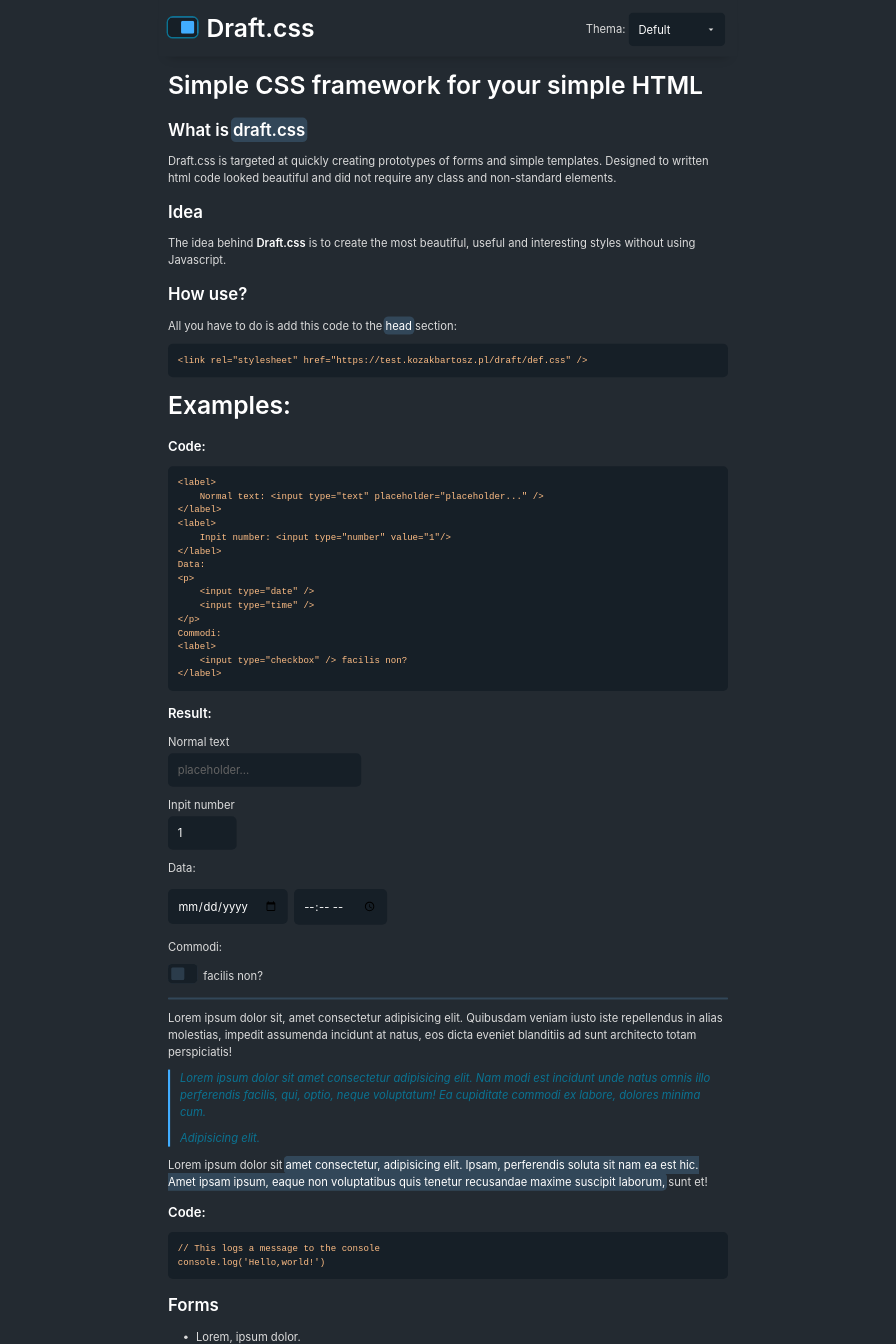
Repository: KozakBartosz/Draft
Page: index.html
An editor plug-in stored every save of this project. The page is shown before and after the next save, followed by the edit.
The browser window is 1280 px wide. The pictures show the part of the page from y = 0 to 1920 px (the page is 6247 px tall), at 70% of full size.

Above is the page before, as saved 2019-04-12 13:55:09.

### index.html
<!DOCTYPE html>
<html lang="en">
	<head>
		<meta charset="UTF-8" />
		<meta name="viewport" content="width=device-width, initial-scale=1.0" />
		<meta http-equiv="X-UA-Compatible" content="ie=edge" />
		<title>Draft.css</title>
		<link rel="stylesheet" href="draft.css" />
	</head>
	<body style="--sticky: calc(var(--mainpaddng) * 2 + 52px);">
		<header>
			<div style="float: right">
				Thema:
				<select name="" id="changethema">
					<option value="0">Defult</option>
					<option value="1">Defult mini</option>
					<option value="2">Light</option>
					<option value="3">Blood</option>
					<option value="4">Matrix</option>
				</select>
			</div>
			<h1 style="margin-bottom: 0">
				<input type="checkbox" checked="checked" /> Draft.css
			</h1>
		</header>
		<h1>Simple CSS framework for your simple HTML</h1>
		<h2>What is <mark>draft.css</mark></h2>
		<p>
			Draft.css is targeted at quickly creating prototypes of forms and
			simple templates. Designed to written html code looked beautiful and
			did not require any class and non-standard elements.
		</p>

		<h2>Idea</h2>
		<p>
			The idea behind <strong>Draft.css</strong> is to create the most
			beautiful, useful and interesting styles without using Javascript.
		</p>
		<h2>How use?</h2>
		<p>
			All you have to do is add this code to the
			<mark>head</mark> section:
		</p>

		<pre><code>&lt;link rel="stylesheet" href="https://test.kozakbartosz.pl/draft/def.css" /&gt;</code></pre>

		<h1>Examples:</h1>

		<h3>Code:</h3>

		<pre><code>&lt;label&gt;<br />&nbsp; &nbsp; Normal text: &lt;input type="text" placeholder="placeholder..." /&gt;<br />&lt;/label&gt;<br />&lt;label&gt;<br />&nbsp; &nbsp; Inpit number: &lt;input type="number" value="1"/&gt;<br />&lt;/label&gt;<br />Data:<br />&lt;p&gt;<br />&nbsp; &nbsp; &lt;input type="date" /&gt;<br />&nbsp; &nbsp; &lt;input type="time" /&gt;<br />&lt;/p&gt;<br />Commodi:<br />&lt;label&gt;<br />&nbsp; &nbsp; &lt;input type="checkbox" /&gt; facilis non?<br />&lt;/label&gt;</code></pre>
		<h3>Result:</h3>
		<label>
			Normal text
			<input type="text" placeholder="placeholder..." />
		</label>
		<label>
			Inpit number
			<input type="number" value="1" />
		</label>
		Data:
		<p>
			<input type="date" />
			<input type="time" />
		</p>
		Commodi:
		<label> <input type="checkbox" /> facilis non? </label>

		<hr />

		<p>
			Lorem ipsum dolor sit, amet consectetur adipisicing elit. Quibusdam
			veniam iusto iste repellendus in alias molestias, impedit assumenda
			incidunt at natus, eos dicta eveniet blanditiis ad sunt architecto
			totam perspiciatis!
		</p>

		<cite>
			<p>
				Lorem ipsum dolor sit amet consectetur adipisicing elit. Nam
				modi est incidunt unde natus omnis illo perferendis facilis,
				qui, optio, neque voluptatum! Ea cupiditate commodi ex labore,
				dolores minima cum.
			</p>
			<p>Adipisicing elit.</p>
		</cite>

		<p>
			Lorem ipsum dolor sit
			<mark
				>amet consectetur, adipisicing elit. Ipsam, perferendis soluta
				sit nam ea est hic. Amet ipsam ipsum, eaque non voluptatibus
				quis tenetur recusandae maxime suscipit laborum,</mark
			>
			sunt et!
		</p>

		<h3>Code:</h3>
		<pre><code>// This logs a message to the console<br />console.log('Hello,world!')</code></pre>

		<h2>Forms</h2>

		<ul>
			<li>Lorem, ipsum dolor.</li>
			<li>Commodi, aut ipsa.</li>
			<li>Dignissimos, quibusdam nobis?</li>
			<li>Quae, in praesentium.</li>
			<li>Aut, facilis non?</li>
		</ul>
		<ol>
			<li>Lorem, ipsum dolor.</li>
			<li>Commodi, aut ipsa.</li>
			<li>Dignissimos, quibusdam nobis?</li>
			<li>Quae, in praesentium.</li>
			<li>Aut, facilis non?</li>
		</ol>
		<textarea
			name="about"
			id="about"
			placeholder="I am a textarea..."
			rows="6"
		></textarea>
		<h2>Lorem ipsum dolor sit amet.</h2>
		<label>
			Normal text
			<input type="text" />
		</label>
		<label>
			Inpit number <input type="number" / value="1">
		</label>
		Date:
		<p>
			<input type="date" />
			<input type="time" />
		</p>
		<label>
			Nazwa:
			<select name="" id="">
				<option value="">Wybierz</option>
				<option value="">Fuga aut vero</option>
				<option value="">veritatis accusamus</option>
				<option value="">quam</option>
			</select>
		</label>
		<label>
			Nazwa:
			<select name="" id="" multiple>
				<option value="">consectetur adipisicing</option>
				<option value="">Nemo nihil unde</option>
				<option value="">animi mollitia</option>
				<option value="">dolor sit amet</option>
			</select>
		</label>

		<h2>Simple table</h2>

		<table>
			<tr>
				<th>lorem</th>
				<th>lorem</th>
				<th>lorem</th>
			</tr>
			<tr>
				<td>lorem</td>
				<td>lorem</td>
				<td>lorem</td>
			</tr>
			<tr>
				<td>lorem</td>
				<td>lorem</td>
				<td>lorem</td>
			</tr>
		</table>

		<h2>Adv table</h2>
		<p>
			When we added the <code>&lt;thead&gt;</code> and
			<code>&lt;tbody&gt;</code> table has
			<code>table-layout: fixed</code> and
			<code>position: sticky</code> for thead
		</p>

		<table>
			<thead>
				<tr>
					<th width="5%">#</th>
					<th>Kod</th>
					<th>Nazwa</th>
					<th>Opis</th>
					<th width="120px"></th>
				</tr>
			</thead>
			<tbody>
				<tr>
					<td width="5%">1</td>
					<td><code>EDG-651</code></td>
					<td>Lorem ipsum dolor</td>
					<td>
						Lorem ipsum dolor sit amet, consectetur adipisicing
						elitdolor sitamet
					</td>
					<td width="120px" style="text-align: right;">
						<input type="checkbox" />
					</td>
				</tr>
				<tr>
					<td width="5%">2</td>
					<td><code>EDG-652</code></td>
					<td>Lorem ipsum dolor</td>
					<td>
						Lorem ipsum dolor sit amet, consectetur adipisicing
						elitdolor sitamet
					</td>
					<td width="120px" style="text-align: right;">
						<input type="checkbox" />
					</td>
				</tr>
				<tr>
					<td width="5%">3</td>
					<td><code>EDX-652*</code></td>
					<td>Lorem ipsum dolor</td>
					<td>
						Lorem ipsum dolor sit amet, consectetur adipisicing
						elitdolor sitamet
					</td>
					<td width="120px" style="text-align: right;">
						<input type="checkbox" />
					</td>
				</tr>
				<tr>
					<td width="5%">5</td>
					<td><code>EDD-655</code></td>
					<td>Lorem ipsum dolor</td>
					<td>
						Lorem ipsum dolor sit amet, consectetur adipisicing
						elitdolor sitamet
					</td>
					<td width="120px" style="text-align: right;">
						<input type="checkbox" />
					</td>
				</tr>
			</tbody>
			<tfoot>
				<tr>
					<td colspan="4">Lorem ipsum doreta: <b>3</b></td>
					<td width="120px"><button>Remove</button></td>
				</tr>
			</tfoot>
		</table>

		<h3>Checkbox</h3>
		<label> <input type="checkbox" /> Ale ma kota </label>

		<label> <input type="checkbox" /> Ale ma kota2 </label>

		<label> <input type="checkbox" /> Ale ma kota3 </label>

		<h3>Radio</h3>
		<label> <input type="radio" name="radio" /> Ale ma kota </label>
		<label> <input type="radio" name="radio" /> Ale ma kota2 </label>
		<label> <input type="radio" name="radio" /> Ale ma kota3 </label>

		<hr />

		<h2>Search</h2>

		<fieldset class="search">
			<legend>Szukaj</legend>
			<form action="produkty,szukaj" method="get">
				<input
					type="text"
					name="q"
					placeholder="Wpisz czego szukasz..."
				/>
				<button>Szukaj</button>
			</form>
		</fieldset>

		<h2>Change button color by html</h2>

		<h2>Code</h2>
		<pre><code>&lt;button&gt;Exit&lt;/button&gt;<br>&lt;button style="--button: #7e1616; --buttonhover: #b40d0d;"&gt;
	Ok<br>&lt;/button&gt;</code></pre>

		<h3>result</h3>
		<button>Exit</button>
		<button style="--button: #7e1616; --buttonhover: #b40d0d;">
			Ok
		</button>

		<h2>Details</h2>

		<details>
			<summary>Szczypta detali</summary>
			<p>Informacje szczegółowe na dany temat.</p>
		</details>

		<details open>
			<summary>Jeszcze wiecej szczegółów</summary>
			<p>Tu jest jeszcze wiecej informacji szczegółowych</p>
		</details>

		<details>
			<summary>Jeszcze wiecej szczegółów</summary>
			<p>
				Lorem ipsum dolor sit amet consectetur adipisicing elit. Minima
				fugiat explicabo assumenda ducimus nobis aliquid esse, ad ab
				sapiente officiis repellat et, nisi atque itaque autem ut
				architecto tempore consequatur.
			</p>
		</details>

		<h2>Real Form</h2>

		<details>
			<summary>Jeszcze wiecej szczegółów</summary>
			<p>
				Lorem ipsum dolor sit amet consectetur adipisicing elit. Minima
				fugiat explicabo assumenda ducimus nobis aliquid esse, ad ab
				sapiente officiis repellat et, nisi atque itaque autem ut
				architecto tempore consequatur.
			</p>
		</details>

		<form>
			<label for="email">Email</label>
			<input
				type="email"
				name="email"
				required=""
				id="email"
				value=""
				placeholder="john.doe@gmail.com"
			/>
			<label for="text">Text</label>
			<input
				type="text"
				name="email"
				required=""
				id="text"
				value=""
				placeholder="john.doe@gmail.com"
			/>

			<label for="id">User id (read only)</label>
			<input readonly="" name="id" id="id" value="04D6H89Z" />

			<label for="disabled">Random disabled input</label>
			<input
				disabled=""
				name="disabled"
				id="disabled"
				placeholder="Because why not?"
			/>

			<label for="about">About me</label>

			<input type="checkbox" name="remember" id="remember" checked="" />
			<label for="remember">Remember me</label>

			<input type="submit" />
		</form>

		<p>
			<strong>Lorem ipsum</strong> dolor sit,
			<a href="">amet consectetur adipisicing</a> elit.
			<i>Hic nobis</i> atque eligendi voluptatum doloribus rem praesentium
			veniam quo delectus explicabo, architecto ipsam ipsa unde vitae
			excepturi iusto nesciunt placeat ducimus.
		</p>
		<p>
			Lorem ipsum dolor sit amet consectetur adipisicing elit. Enim saepe
			quisquam delectus accusantium nam recusandae obcaecati ullam, non
			neque <a href="">commodi modi tempore </a>magni magnam. Tenetur
			officiis mollitia facere libero sint.
		</p>
		<h4>Lorem ipsum dolor sit amet.</h4>
		<p>
			Lorem ipsum dolor, sit amet consectetur adipisicing elit. Possimus,
			vero quibusdam. Rerum libero nihil aspernatur, ipsam vel voluptatem
			inventore quasi. Odit, sapiente? Delectus beatae laudantium sapiente
			cupiditate et libero? Corrupti.
		</p>

		<button>Send</button>
		<script>
			var themes = [
				[
					{ brand: "#41adff" },
					{ mainbg: "#232a31" },
					{ mainpaddng: "14px" },
					{ radius: "7px" },

					{ low: "#161f27" },
					{ like: "#2b3c4b" },
					{ midi: "#324759" },
					{ hight: "#0b7392" },

					{ text: "#dbdbdb" },
					{ textContrast: "#fff" },

					{ code: "#ffbe85" },

					{ button: "#2b3c4a" },
					{ buttonhover: "#334a5e" },
					{ buttontext: "#fff" },

					{ fillhover: "#1b2731" }
				],
				[
					{ brand: "#41adff" },
					{ mainbg: "#232a31" },
					{ mainpaddng: "12px" },
					{ radius: "12px" },

					{ low: "#161f27" },
					{ like: "#2b3c4b" },
					{ midi: "#324759" },
					{ hight: "#0b7392" },

					{ text: "#dbdbdb" },
					{ textContrast: "#fff" },

					{ code: "#ffbe85" },

					{ button: "#2b3c4a" },
					{ buttonhover: "#334a5e" },
					{ buttontext: "#fff" },

					{ fillhover: "#1b2731" }
				],
				[
					{ brand: "#41adff" },
					{ mainbg: "#ffffff" },
					{ mainpaddng: "14px" },
					{ radius: "7px" },

					{ low: "#e8f1fa" },
					{ like: "#cfe2f7" },
					{ midi: "#b2cee7" },
					{ hight: "#1db5e4" },

					{ text: "#3f4646" },
					{ textContrast: "#1a1f1f" },

					{ code: "#20595f" },

					{ button: "#3dcca1" },
					{ buttonhover: "#34e0ad" },
					{ buttontext: "#fff" },

					{ fillhover: "#e8f5ff" }
				],
				[
					{ mainpaddng: "18px" },
					{ radius: "3px" },
					{ brand: "#c21a1a" },
					{ mainbg: "#312323" },

					{ code: "#ffbe85" },

					{ text: "#dbdbdb" },
					{ textContrast: "#fff" },

					{ button: "#4a2b2b" },
					{ buttonhover: "#5e3333" },
					{ buttontext: "#fff" },

					{ fillhover: "#311b1b" },

					{ low: "#271616" },
					{ like: "#4b2b2b" },
					{ midi: "#593232" },
					{ hight: "#800f0f" }
				],
				[
					{ mainpaddng: "11px" },
					{ radius: "13px" },
					{ brand: "#1ac260" },
					{ mainbg: "#233126" },

					{ code: "#c0ff85" },

					{ text: "#dbdbdb" },
					{ textContrast: "#fff" },

					{ button: "#324a2b" },
					{ buttonhover: "#385e33" },
					{ buttontext: "#fff" },

					{ fillhover: "#1b3122" },

					{ low: "#162717" },
					{ like: "#2b4b2e" },
					{ midi: "#32593f" },
					{ hight: "#0f803a" }
				]
			];

			let changethema = document.getElementById("changethema");
			let root = document.documentElement;
			changethema.addEventListener("change", e => {
				console.log(e);
				var theme = themes[e.target.value];
				theme.forEach(element => {
					var k = Object.keys(element)[0];
					root.style.setProperty("--" + k, element[k]);
				});
			});
		</script>
	</body>
</html>

### draft.css
/* TO DO */
/* <details> */
:root {
	--brand: #41adff;
	--mainbg: #232a31;
	--mainpaddng: 14px;
	--radius: 7px;

	--low: #161f27;
	--like: #2b3c4b;
	--midi: #324759;
	--hight: #0b7392;

	--text: #dbdbdb;
	--textContrast: #fff;

	--code: #ffbe85;

	--button: #2b3c4a;
	--buttonhover: #334a5e;
	--buttontext: #fff;

	--fillhover: #1b2731;

	--sticky: 0px;
}
/*
:root {
	--brand: #41adff;
	--mainbg: #ffffff;
	--mainpaddng: 14px;
	--radius: 7px;

	--low: #e8f1fa;
	--like: #cfe2f7;
	--midi: #b2cee7;
	--hight: #1db5e4;

	--text: #3f4646;
	--textContrast: #1a1f1f;

	--code: #20595f;

	--button: #3dcca1;
	--buttonhover: #34e0ad;
	--buttontext: #fff;

	--fillhover: #e8f5ff;
} */

/* :root {
	--mainpaddng: 18px;
	--radius: 3px;
	--brand: #c21a1a;
	--mainbg: #312323;

	--code: #ffbe85;

	--text: #dbdbdb;
	--textContrast: #fff;

	--button: #4a2b2b;
	--buttonhover: #5e3333;
	--buttontext: #fff;

	--fillhover: #311b1b;

	--low: #271616;
	--like: #4b2b2b;
	--midi: #593232;
	--hight: #800f0f;
} */

/* :root {
	--mainpaddng: 11px;
	--radius: 13px;
	--brand: #1ac260;
	--mainbg: #233126;

	--code: #c0ff85;

	--text: #dbdbdb;
	--textContrast: #fff;

	--button: #324a2b;
	--buttonhover: #385e33;
	--buttontext: #fff;

	--fillhover: #1b3122;

	--low: #162717;
	--like: #2b4b2e;
	--midi: #32593f;
	--hight: #0f803a;
} */
body {
	font-family: -apple-system, BlinkMacSystemFont, "Segoe UI", "Roboto",
		"Oxygen", "Ubuntu", "Cantarell", "Fira Sans", "Droid Sans",
		"Helvetica Neue", sans-serif;
	line-height: 1.5;
	max-width: 800px;
	margin: 0px auto var(--mainpaddng);
	padding: 0 var(--mainpaddng);
	color: var(--text);
	background: var(--mainbg);
	text-rendering: optimizeLegibility;
}

label {
	display: block;
}
a,
a:active,
button,
button:active,
input,
input:active,
textarea,
details,
summary,
th,
td {
	outline: none;
	box-shadow: none;
	transition: background-color 0.2s ease, box-shadow 0.2s ease,
		transform 0.2s ease;
}
h1 {
	font-size: 2.2em;
	margin-top: 0;
}
h1,
h2,
h3,
h4,
h5,
h6 {
	margin-bottom: 12px;
}
h1,
h2,
h3,
h4,
h5,
h6,
strong {
	color: var(--textContrast);
	font-weight: 600;
}
button,
input[type="submit"],
input[type="button"],
input[type="checkbox"],
input[type="radio"] {
	cursor: pointer;
	display: inline-block;
}

input,
select,
button,
textarea {
	/* display: block; */
	color: var(--textContrast);
	background-color: var(--low);
	font-family: inherit;
	font-size: inherit;
	margin: 4px 4px 6px 0;
	padding: var(--mainpaddng);
	border: none;
	border-radius: var(--radius);
	outline: none;
	-webkit-appearance: none;
	vertical-align: middle;
}
input[type="number"] {
	max-width: calc(var(--mainpaddng) * 5);
}

button:hover,
input:hover,
select:hover,
textarea:hover,
textarea:hover {
	background-color: var(--fillhover);
}

label > input,
label > select {
	display: block;
}

textarea {
	margin-right: 0;
	width: 100%;
	box-sizing: border-box;
	resize: vertical;
}
button,
input[type="submit"],
input[type="button"] {
	color: var(--buttontext);
	background-color: var(--button);
	padding: var(--mainpaddng) calc(var(--mainpaddng) * 2);
}

select:not([multiple]) {
	padding-right: calc(var(--mainpaddng) * 3);
	background: var(--low)
		url("data:[embedded picture, 198 characters]")
		100% 50%/27px 7px no-repeat;
}

/* input:not([value=""]):invalid,
select:not([value=""]):invalid,
textarea:not([value=""]):invalid {
	box-shadow: 0 0 0 2px darkred;
} */

input:focus,
select:focus,
button:focus,
textarea:focus {
	background-color: var(--fillhover);
	box-shadow: 0 0 0 2px var(--hight);
}

button:focus,
input[type="submit"]:focus,
input[type="button"]:focus {
	background-color: var(--buttonhover);
}

button:hover,
input[type="submit"]:hover,
input[type="button"]:hover {
	background-color: var(--buttonhover);
	box-shadow: 0 5px 20px -5px rgba(0, 0, 0, 0.35), 0 3px 0 0 var(--button);
	transform: translateY(-3px);
}
button:active,
input[type="submit"]:active,
input[type="button"]:active {
	transform: translateY(0px);
	box-shadow: 0 5px 20px -5px rgba(0, 0, 0, 0.35);
}

input:disabled {
	cursor: not-allowed;
	opacity: 0.5;
}

input[type="radio"],
input[type="checkbox"] {
	margin-top: -2px;
	transition: background-color 0.25s ease,
		box-shadow 0.25s cubic-bezier(0.53, 1.59, 0.51, 1);
}
input[type="checkbox"] {
	background-color: var(--like);
	width: calc(var(--mainpaddng) * 3);
	box-shadow: calc(var(--mainpaddng) * -1) 0 0 calc(var(--mainpaddng) / 3)
			var(--low) inset,
		0 0 0 calc(var(--mainpaddng) / 3) var(--low) inset;
}
input[type="checkbox"]:hover,
input[type="radio"]:hover {
	background-color: var(--midi);
}
input[type="checkbox"]:focus {
	box-shadow: calc(var(--mainpaddng) * -1) 0 0 calc(var(--mainpaddng) / 3)
			var(--low) inset,
		0 0 0 calc(var(--mainpaddng) / 3) var(--low) inset,
		0 0 0 2px var(--hight);
}

input[type="radio"] {
	border-radius: 100%;
	box-shadow: 0 0 0 calc(var(--mainpaddng) / 2) var(--low) inset;
}
input[type="checkbox"]:checked,
input[type="radio"]:checked {
	box-shadow: 0 0 0 calc(var(--mainpaddng) / 3) var(--low) inset,
		0 0 0 2px var(--hight), 0 0 0 1px var(--low);
	background-color: var(--brand);
}

input[type="checkbox"]:checked {
	box-shadow: var(--mainpaddng) 0 0 calc(var(--mainpaddng) / 3) var(--low)
			inset,
		0 0 0 calc(var(--mainpaddng) / 3) var(--low) inset,
		0 0 0 2px var(--hight);
}

::placeholder {
	color: #636363;
}
a {
	text-decoration: none;
	color: var(--hight);
}
a:hover {
	text-decoration: underline;
	color: var(--brand);
}

mark {
	background: linear-gradient(var(--brand), var(--brand)) 50% 100%/100% 40%
		no-repeat;
	background: var(--midi);
	padding: 3px;
	margin: -3px;
	/* text-shadow: 1px 1px 1px var(--mainbg), -1px 1px 1px var(--mainbg),
		0px 1px 1px var(--mainbg); */
	color: var(--textContrast);
	border-radius: var(--radius);
}

ul,
ol,
label,
code,
p {
	margin: var(--mainpaddng) 0;
}

code,
kbd {
	background: var(--low);
	color: var(--code);
	padding: 4px;
	border-radius: var(--radius);
}

cite,
q {
	display: block;
	margin: var(--mainpaddng) 0;
	color: var(--hight);
	/* border-radius: var(--radius); */
	padding: 0 var(--mainpaddng);
	border-left: 3px solid var(--brand);
}

/* pre {
	margin: 0 calc(var(--mainpaddng) * -1);
} */
pre > code {
	display: block;
	overflow-x: auto;
	padding: var(--mainpaddng);
}
img {
	max-width: 100%;
}
hr {
	margin: var(--mainpaddng) 0;
	border: none;
	height: 3px;
	border-radius: calc(var(--radius) / 6);
	background: var(--midi);
}
fieldset {
	border: 3px solid var(--midi);
	border-radius: var(--radius);
}
fieldset > legend {
	font-weight: 600;
	color: var(--textContrast);
	padding: calc(var(--mainpaddng) / 2) calc(var(--mainpaddng));
}

details {
	padding: var(--mainpaddng);
	border-radius: var(--radius);
	padding-bottom: calc(var(--mainpaddng) + var(--radius));
	background: var(--low);
}

details:last-of-type {
	padding-bottom: var(--mainpaddng);
}

details + details {
	margin-top: calc(var(--radius) * -1);
	border-top: 1px solid var(--mainbg);
	border-radius: 0 0 var(--radius) var(--radius);
}

details[open],
details:hover:not([open]) {
	background: var(--like);
	z-index: 1;
}
details summary {
	cursor: pointer;
	margin: calc(var(--mainpaddng) * -1);
	padding: var(--mainpaddng);
}

table {
	/* display: block; */
	/* overflow-x: auto; */
	/* border-collapse: collapse; */
	margin: var(--mainpaddng) -1px;
	width: calc(100% + 2px);
	border-spacing: 1px;
	position: relative;
}
tbody,
tfoot,
thead {
	border-radius: calc(var(--radius) + 2px);
	overflow: hidden;
	background: var(--mainbg);
	table-layout: fixed;
	position: relative;
	z-index: 0;
	display: table;
	width: calc(100% + 2px);
}

header,
thead {
	background: var(--mainbg);
	position: sticky;
	top: var(--sticky);
	z-index: 5;
	box-shadow: 0px 12px 15px -15px rgba(0, 0, 0, 0.35);
}
header {
	z-index: 10;
	top: 0px;
	display: block;
	padding: var(--mainpaddng);
	margin: 0 calc(var(--mainpaddng) * -1) var(--mainpaddng);
}
td,
th {
	padding: var(--mainpaddng);
	background: var(--low);
}
th {
	color: var(--textContrast);
}
tr:hover td {
	background-color: var(--fillhover);
}

After the next save:
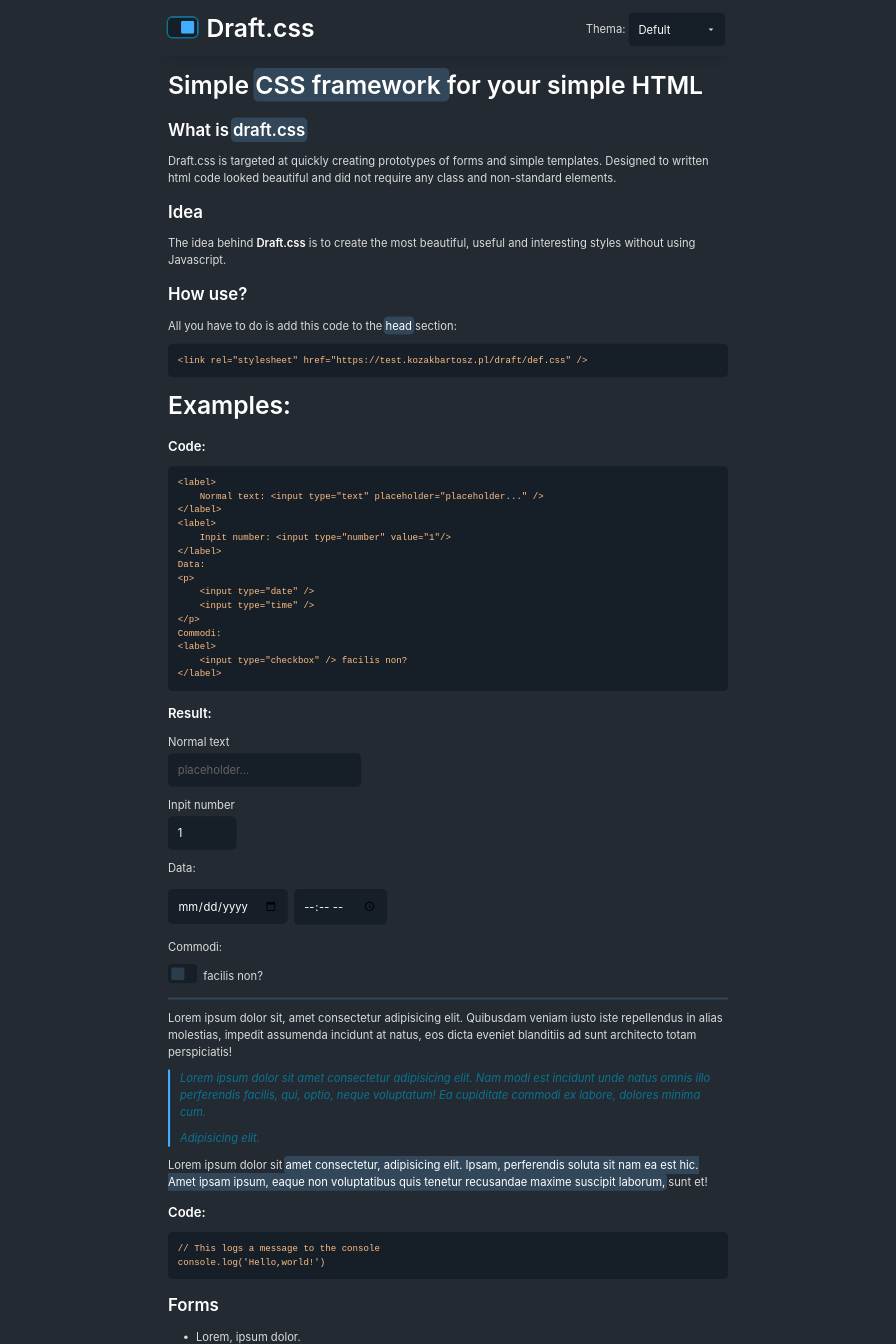
Saved 8 s later.
--- a/index.html
+++ b/index.html
@@ -23,7 +23,13 @@
 				<input type="checkbox" checked="checked" /> Draft.css
 			</h1>
 		</header>
-		<h1>Simple CSS framework for your simple HTML</h1>
+		<h1>
+			Simple
+			<mark>
+				CSS framework
+			</mark>
+			for your simple HTML
+		</h1>
 		<h2>What is <mark>draft.css</mark></h2>
 		<p>
 			Draft.css is targeted at quickly creating prototypes of forms and
